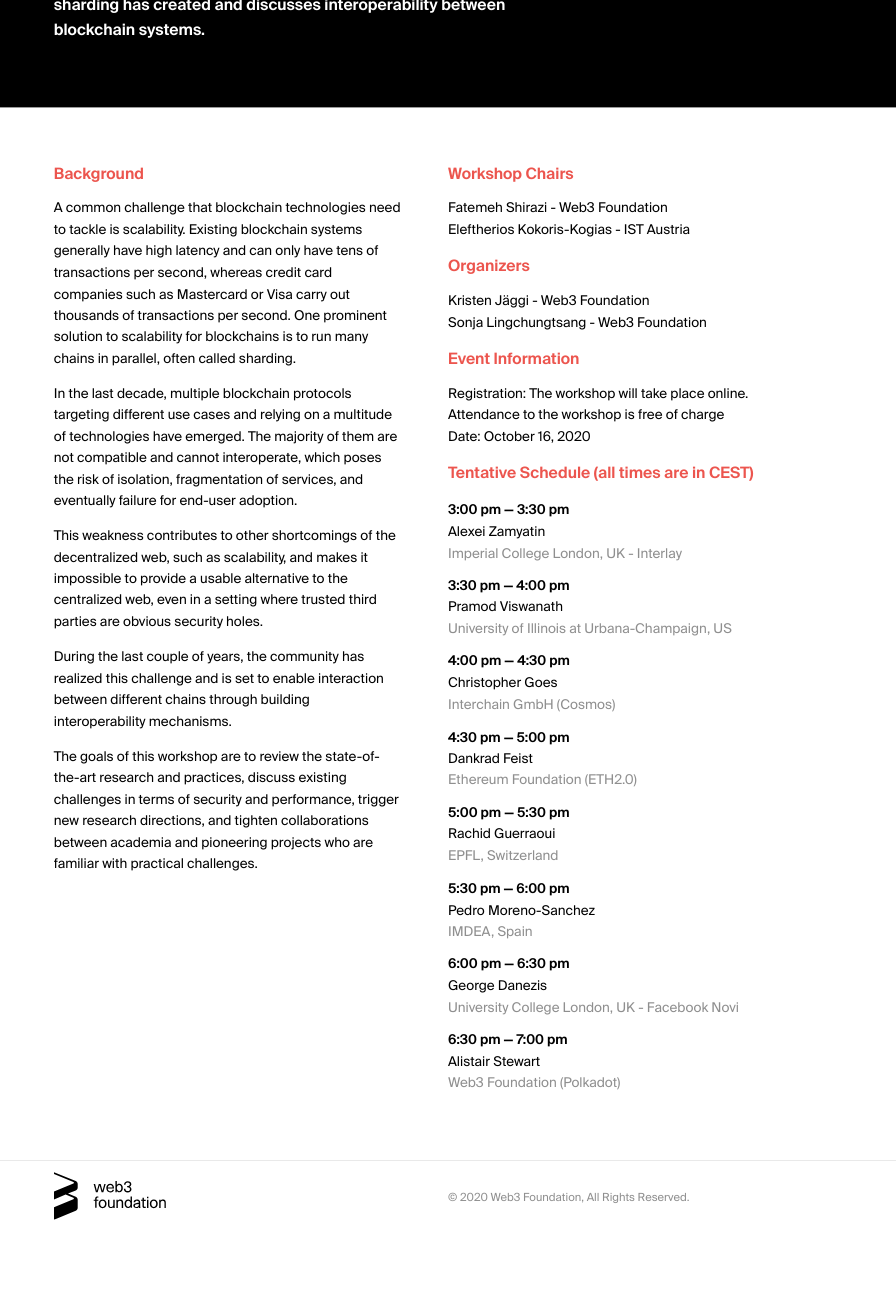
Repository: w3f-webops/disc2020-scalability-and-interoperability-workshop
Page: index.html
These files come from the project's save history. The page is drawn as it stood at one moment and after the next save; the edit follows.
The browser window is 1280 px wide. The pictures show the part of the page from y = 729 to 2649 px (the page is 2588 px tall before and 2649 px after), at 70% of full size.

Above is the page before, as saved 2020-10-14 19:31:18.

After the next save:
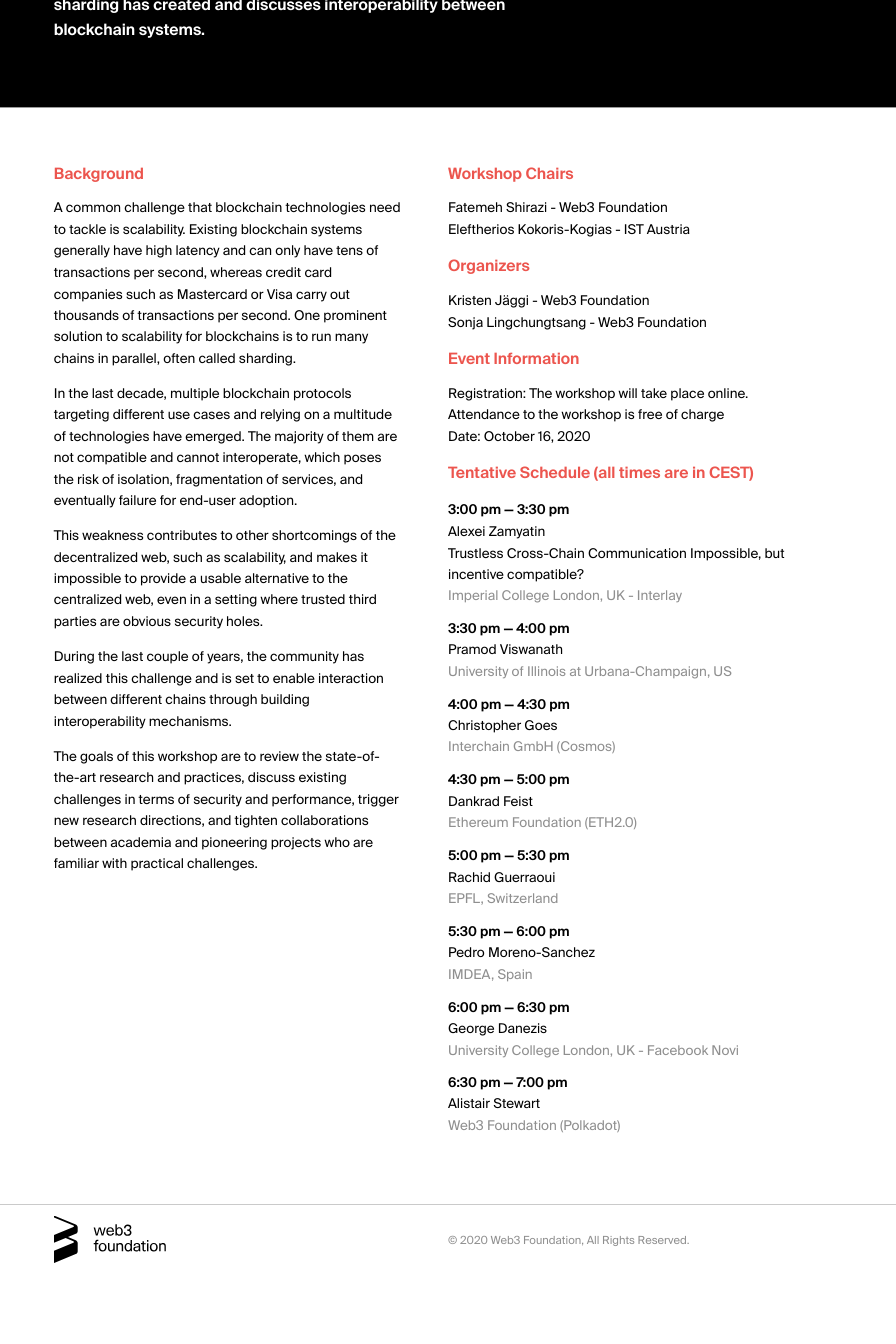
Saved 79 s later.
--- a/index.html
+++ b/index.html
@@ -82,6 +82,7 @@
                             <li class="schedule-entry">
                                 <div class="schedule-date">3:00 pm &mdash; 3:30 pm</div>
                                 <div class="schedule-speaker">Alexei Zamyatin</div>
+                                <div class="schedule-topic">Trustless Cross-Chain Communication Impossible, but incentive compatible?</div>
                                 <div class="schedule-position">Imperial College London, UK - Interlay</div>
                             </li>
                             <li class="schedule-entry">
